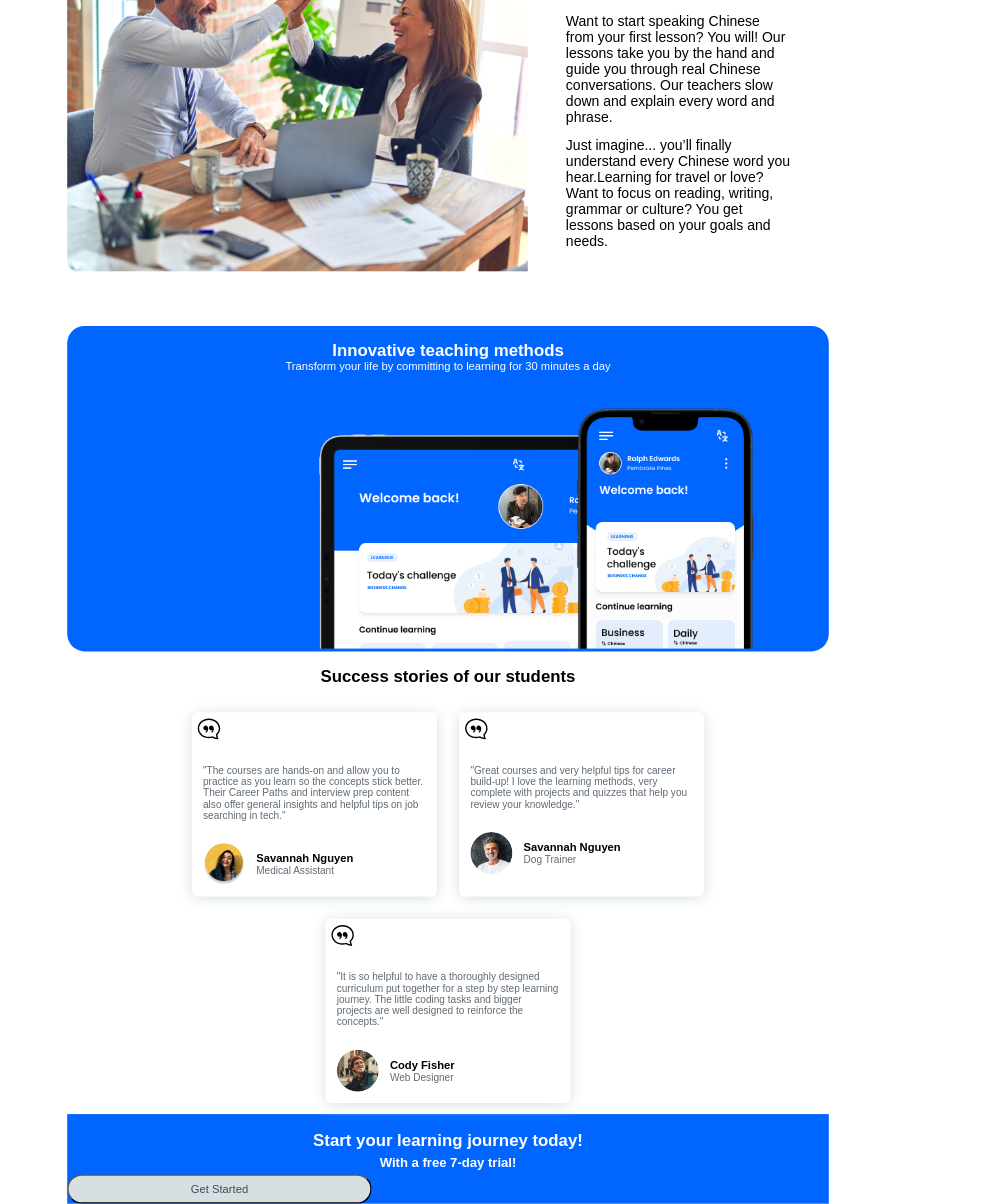
Repository: BinhIT/ChineseLearn
Page: index.html
The author's editor kept a copy of each file at every save. The page is drawn from the files as they stood at one save, then again after the next save.
The browser window is 1280 px wide. The page is 1436 px wide, so the pictures cover 1436 px, including what lies to the right of the window. The pictures show the part of the page from y = 921 to 2641 px (the page is 2641 px tall), at 70% of full size.

Above is the page before, as saved 2023-03-01 20:57:17.
Console error: ReferenceError: $ is not defined

### index.html
<!DOCTYPE html>
<html lang="en">

<head>
    <meta charset="UTF-8">
    <meta http-equiv="X-UA-Compatible" content="IE=edge">
    <meta name="viewport" content="width=device-width, initial-scale=1.0">
    <link rel="icon" type="image/x-icon" href="./image/uil_english-to-chinese.svg">
    <meta name="viewport" content="width=device-width, initial-scale=1">
    <link rel="stylesheet" href="https://cdnjs.cloudflare.com/ajax/libs/font-awesome/4.7.0/css/font-awesome.min.css">
    <meta name="viewport" content="width=device-width, initial-scale=1">
    <link rel="stylesheet" href="https://cdnjs.cloudflare.com/ajax/libs/font-awesome/4.7.0/css/font-awesome.min.css">
    <link rel="stylesheet" href="./css/main.css">
    <link rel="stylesheet" href="./css/header.css">
    <link rel="stylesheet" href="./css/section.css">
    <link rel="stylesheet" href="./css/stories_card.css">
    <title>Learn Chinese </title>
</head>

<body>
    <nav id="menu_header">
        <a href="javascript:void(0);" class="icon_nav" onclick="myFunction()">
            <i class="fa fa-bars"></i>
        </a>
        <label class="logo_main"><img src="./image/logo.png" alt=""></label>
        <label class="logo_mobile"><img src="./image/logo_short.png" alt=""></label>
        <ul id="menu_link">
            <li><a href="#">About us</a></li>
            <li><a href="#">Fricing</a></li>
            <li><a href="#">Help</a></li>
        </ul>
        <ul id="menu_btn">
            <button class="btn default">Sign In</button>
            <button class="btn info">Get Started</button>
        </ul>

    </nav>
    <!-- Hero section -->
    <section class="hero-section">
        <div class="row flex-container ">
            <div class="hero-col1">
                <h1>We help you learn chinese and get hired quickly</h1>
                <h4>The free, fun, and effective way to learn a language!</h4>
                <button class="btn btn_hero">Get Started</button>
            </div>
            <div class="hero-col2">
                <img src="./image/img-hero.png" alt="">
            </div>
        </div>

    </section>
    <!--End hero section -->
    <!-- Start section -->
    <section class="start-section">
        <div class="row flex-container">
            <div class="start-img">
                <img src="./image/start.png" alt="">
            </div>
            <div class="start-content">
                <h1>Start your business</h1>
                <p>Want to start speaking Chinese from your first lesson? You will! Our lessons take you by the hand and
                    guide you through real Chinese conversations. Our teachers slow down and explain every word and
                    phrase.
                </p>
                <p>
                    Just imagine... you’ll finally understand every Chinese word you hear.Learning for travel or love?
                    Want
                    to focus on reading, writing, grammar or culture? You get lessons based on your goals and needs.
                </p>
            </div>

        </div>

    </section>
    <!--End Start section -->
    <!-- Innovative section -->
    <section class="row innovative-section">
        <div class=" innovative-container">
            <div class="innovative-content">
                <h1>Innovative teaching methods</h1>
                <h4>Transform your life by committing to learning for 30 minutes a day</h4>
            </div>
            <div class="innovative-img">
                <img src="./image/innovative.png" alt="">
            </div>

        </div>

    </section>
    <!--End Innovative section -->
    <!-- Section stories student -->
    <section class="stories-section">
        <h1>Success stories of our students</h1>
        <div class="wrapper">

            <div class="card">
                <div class="card-banner">
                    <img class="icon-img" src='./image/bi_chat-quote.svg' alt=''>
                </div>
                <div class="card-body">
                    <p class="blog-description">"The courses are hands-on and allow you to practice as you learn so the
                        concepts stick better. Their Career Paths and interview prep content also offer general insights
                        and helpful tips on job searching in tech."
                    </p>
                    <div class="card-profile">
                        <img class="profile-img" src='./image/Ellipse 1.png' alt=''>
                        <div class="card-profile-info">
                            <h3 class="profile-name">Savannah Nguyen</h3>
                            <p class="profile-followers">Medical Assistant</p>
                        </div>
                    </div>
                </div>
            </div>

            <div class="card">
                <div class="card-banner">
                    <img class="icon-img" src='./image/bi_chat-quote.svg' alt=''>
                </div>
                <div class="card-body">
                    <p class="blog-description">"Great courses and very helpful tips for career build-up! I love the
                        learning methods, very complete with projects and quizzes that help you review your knowledge."
                    </p>

                    <div class="card-profile">
                        <img class="profile-img" src='./image/Ellipse 2.png' alt=''>
                        <div class="card-profile-info">
                            <h3 class="profile-name">Savannah Nguyen</h3>
                            <p class="profile-followers">Dog Trainer</p>
                        </div>
                    </div>
                </div>
            </div>

            <div class="card">
                <div class="card-banner">
                    <img class="icon-img" src='./image/bi_chat-quote.svg' alt=''>
                </div>
                <div class="card-body">
                    <p class="blog-description">"It is so helpful to have a thoroughly designed curriculum put together
                        for a step by step learning journey. The little coding tasks and bigger projects are well
                        designed to reinforce the concepts."
                    </p>

                    <div class="card-profile">
                        <img class="profile-img" src='./image/Ellipse 3.png' alt=''>
                        <div class="card-profile-info">
                            <h3 class="profile-name">Cody Fisher</h3>
                            <p class="profile-followers">Web Designer</p>
                        </div>
                    </div>
                </div>
            </div>

        </div>
    </section>
    <!--End  Section stories student -->
    <!-- Section call to action -->
    <section class="call-action-section">
        <div class="wrapper call-action-wrapper">
            <h1>Start your learning journey today!</h1>
            <h3>With a free 7-day trial!</h3>
            <button class="btn btn_defaut">Get Started</button>
        </div>
    </section>
    <!--End  Section call to action -->
</body>
<script src="./js/header.js"></script>

</html>

### css/main.css
:root {
    --clr-gray-light: #d7dfe2;
    --clr-gray-med: #616b74;
    --clr-gray-dark: #414b56;
    --clr-primary: #0066FF;
    ;
}

@import url('https://fonts.googleapis.com/css2?family=Poppins:wght@500;600&display=swap');



* {
    padding: 0;
    margin: 0;
    text-decoration: none;
    list-style: none;
    font-family: 'Poppins', sans-serif;

}

body {
    width: 85%;
    padding: auto;
    margin: auto;
}

.wrapper {
    padding-top: 2%;
    display: flex;
    flex-wrap: wrap;
    justify-content: center;
}

.btn {
    border-radius: 25px;
    font-size: 16px;
    cursor: pointer;

}

.btn_defaut {
    background-color: var(--clr-gray-light);
    padding: 10px 35px;
    color: var(--clr-gray-dark);
    width: 40%;
    text-align: center;
}

.call-action-wrapper {
    color: #ffff;
    text-align: center;
    line-height: 2em;
    background-color: var(--clr-primary);
    flex-direction: column;

}

### css/header.css
#menu_header {
    display: flex;
    flex-wrap: nowrap;
    justify-content: space-between;
    align-items: center;
}

nav {
    height: 65px;
    margin: 0 auto;
    background: #ffffff;
    border-bottom: 2px solid #B3B3B3;
}

label.logo {
    font-size: 35px;
    font-weight: bold;
    color: #fff;
    padding: 0 100px;
    line-height: 80px;
}

nav ul {
    float: right;
    margin-right: 40px;
}

nav li {
    display: inline-block;
    margin: 0 8px;
    line-height: 80px;
}

nav a {
    color: #000000;
    font-size: 18px;
    font-weight: 700;
    border: 1px solid transparent;
    padding: 7px 10px;
    border-radius: 3px;
}

a.active,
a:hover {
    border: 1px solid #000000;
    transition: .5s;
}


/* Blue */
.info {
    background-color: #0066FF;
    border-color: #2196F3;
    color: rgb(255, 255, 255);
    padding: 8px 28px;
}

.info:hover {
    background: #0066FF;
    color: white;
}

/* Gray */
.default {
    border-color: #e7e7e7;
    color: black;
    padding: 8px 28px;
}

.default:hover {
    background: #e7e7e7;
}

/* logo */
.logo_mobile {
    display: none;
}

#menu_header .icon_nav {
    display: none;

}



@media only screen and (max-width:854px) {
    .logo_mobile {
        display: block;
    }

    .logo_main {
        display: none;
    }

    nav {
        width: 95%;
    }

    #menu_header .icon_nav {
        display: block;
        width: 30%;
    }

    #menu_btn {
        display: contents;
        float: right;
    }

    #menu_btn .default {
        display: none;
    }

    #menu_header #menu_link {
        display: none;
    }

    .btn_header {
        font-size: 5px;
        padding: 8px 25px;
    }


}

@media only screen and (max-width: 1024px) {
    nav #icon {
        display: block;
    }

    .logo_mobile {
        display: block;
        width: 15%;
    }

    .logo_main {
        display: none;
    }

    nav a {
        font-size: 18px;
    }

    a.active,
    a:hover {
        border: none;
        color: #3498db;
    }

    nav ul.show {
        left: 0;
    }

    .btn_header {

        font-size: 8px;
    }
}

### css/section.css
/* section hero */
.row {

    margin: auto;
    padding: auto;
}

.hero-section {
    padding-top: 5%;
}

.hero-col1 {
    padding-top: 4%;
    line-height: 5em;
}

.hero-col1 h1 {
    font-size: 45px;

}

.flex-container {
    display: flex;
}

.btn_hero {
    background-color: var(--clr-primary);
    border-color: #2196F3;
    color: rgb(255, 255, 255);
    padding: 10px 35px;
}

/* Start section */
.start-section {
    margin-top: 5%;
}

.start-content {
    padding: 5% 5%;
    margin: auto;
}

.start-content h1 {
    font-size: 40px;
}

.start-content p {
    font-size: 20px;
    padding-top: 5%;
}

/* innovative-section */
.innovative-section {
    margin-top: 5%;
    background-color: var(--clr-primary);
    text-align: center;
    border-radius: 25px;
}

.innovative-container {
    display: flex;
    flex-direction: column;
    justify-content: space-around;
}

.innovative-content {
    display: block;
    margin-left: auto;
    margin-right: auto;
    padding: 2%;
    color: #ffffff;
}

.innovative-content h4 {
    font-weight: 300;
}

.innovative-img img {
    padding-top: 2%;
}

/* reponsive section */
@media screen and (max-width: 1265px) {
    .flex-container {
        flex-wrap: wrap;
    }

    .innovative-img img {
        max-width: 90%;
    }


}

/* tablet */
@media screen and (max-width: 1024px) {
    .hero-col1 h1 {
        font-size: 50px;

    }

    .hero-col1 h4 {
        font-size: 30px;

    }

    .innovative-img img {
        max-width: 90%;
    }
}

/* Mobile */
@media only screen and (min-width: 595px) and (max-width:765px) {
    .hero-col1 {
        line-height: 4em;
    }

    .hero-col1 h1 {
        font-size: 50px;

    }

    .hero-col1 h4 {
        font-size: 30px;

    }


    .start-img img {
        width: 85%;
    }

    .start-content h1 {
        font-size: 25px;
    }

    .start-content p {
        font-size: 15px;
    }

    .hero-col2 img {
        width: 85%;
        padding: 5% 5%;
    }

}

@media only screen and (min-width: 360px) and (max-width:594px) {
    .hero-col1 {
        line-height: 3em;
    }

    .hero-col2 img {
        padding: 5% 5%;
    }

    .hero-col1 h1 {
        font-size: 35px;
    }

    .hero-col1 h4 {
        font-size: 19px;

    }

    .start-img img {
        width: 85%;
    }

    .start-content h1 {
        font-size: 25px;
    }

    .start-content p {
        font-size: 15px;
    }

    .hero-col2 img {
        width: 85%;
        padding: 5% 5%;
    }
}

### css/stories_card.css
.card {
    overflow: hidden;
    box-shadow: 0px 2px 20px var(--clr-gray-light);
    background: white;
    border-radius: 0.5rem;
    position: relative;
    width: 350px;
    margin: 1rem;
    transition: 250ms all ease-in-out;
    cursor: pointer;
}

.card:hover {
    transform: scale(1.05);
    box-shadow: 0px 2px 40px var(--clr-gray-light);
}

.icon-img {
    padding-top: 2%;
    height: 2rem;
    width: 14%;
}


.card-body {
    margin: 2rem 1rem 1rem 1rem;
}

.blog-hashtag {
    font-size: 0.9rem;
    font-weight: 500;
    color: var(--clr-link);
}

.blog-title {
    line-height: 1.5rem;
    margin: 1rem 0 0.5rem;
}

.blog-description {
    color: var(--clr-gray-med);
    font-size: 0.9rem;
    text-align: left;
}

.card-profile {
    display: flex;
    margin-top: 2rem;
    align-items: center;
}

.profile-img {
    width: 60px;
    height: 60px;
    object-fit: cover;
    border-radius: 50%;
}

.card-profile-info {
    margin-left: 1rem;
}

.profile-name {
    font-size: 1rem;
}

.profile-followers {
    color: var(--clr-gray-med);
    font-size: 0.9rem;
}

.stories-section h1 {
    padding-top: 2%;
    text-align: center;
}

### js/header.js
var $animation_elements = $('.animation-element');
var $window = $(window);

function check_if_in_view() {
    var window_height = $window.height();
    var window_top_position = $window.scrollTop();
    var window_bottom_position = (window_top_position + window_height);

    $.each($animation_elements, function () {
        var $element = $(this);
        var element_height = $element.outerHeight();
        var element_top_position = $element.offset().top;
        var element_bottom_position = (element_top_position + element_height);

        //check to see if this current container is within viewport
        if ((element_bottom_position >= window_top_position) &&
            (element_top_position <= window_bottom_position)) {
            $element.addClass('in-view');
        } else {
            $element.removeClass('in-view');
        }
    });
}

$window.on('scroll resize', check_if_in_view);
$window.trigger('scroll');

After the next save:
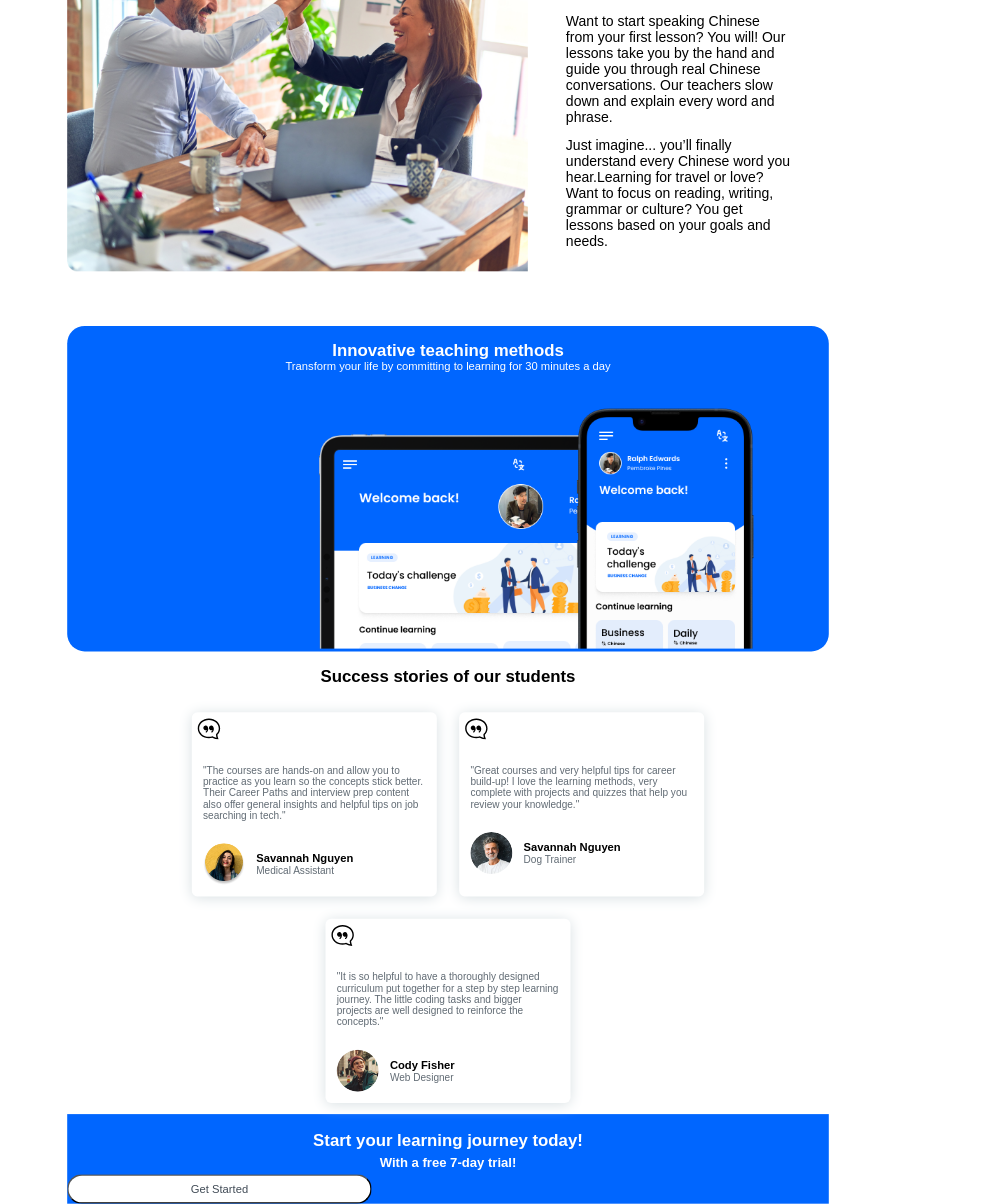
Saved 25 s later.
--- a/css/main.css
+++ b/css/main.css
@@ -40,7 +40,7 @@ body {
 }
 
 .btn_defaut {
-    background-color: var(--clr-gray-light);
+    background-color: #fff;
     padding: 10px 35px;
     color: var(--clr-gray-dark);
     width: 40%;
